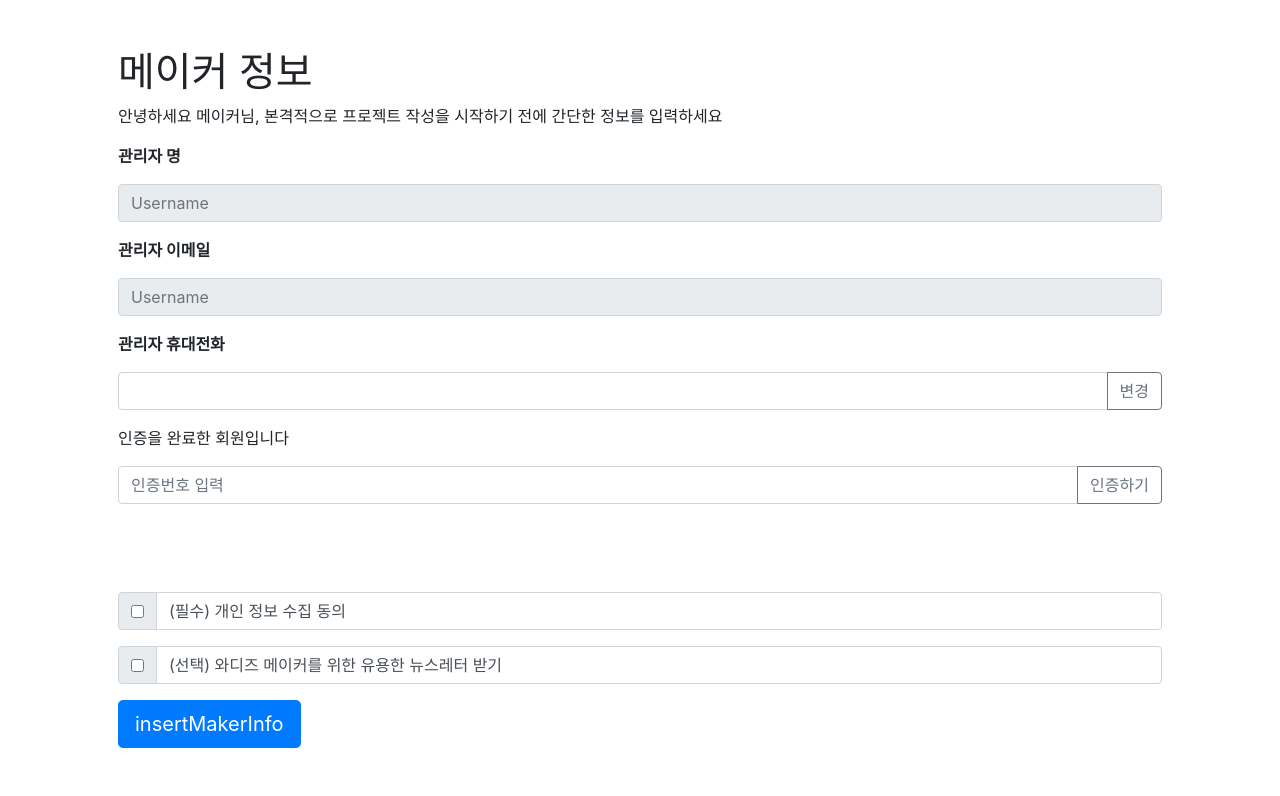
Repository: KIMJOOYEON97/springStudy
Page: http://localhost/interact_funding/WEB-INF/views/maker/fundingStart1.jsp
These files come from the project's save history. The page is drawn as it stood at one moment and after the next save; the edit follows.
The browser window is 1280 px wide. The pictures show the whole page.
The page is served by Tomcat 9. Nobody is signed in. The template is opened directly, without the code that normally fills it, so the values that code supplies are empty.

Above is the page before, as saved 2021-06-07 09:04:55.
Console error: ReferenceError: $ is not defined

After the next save:
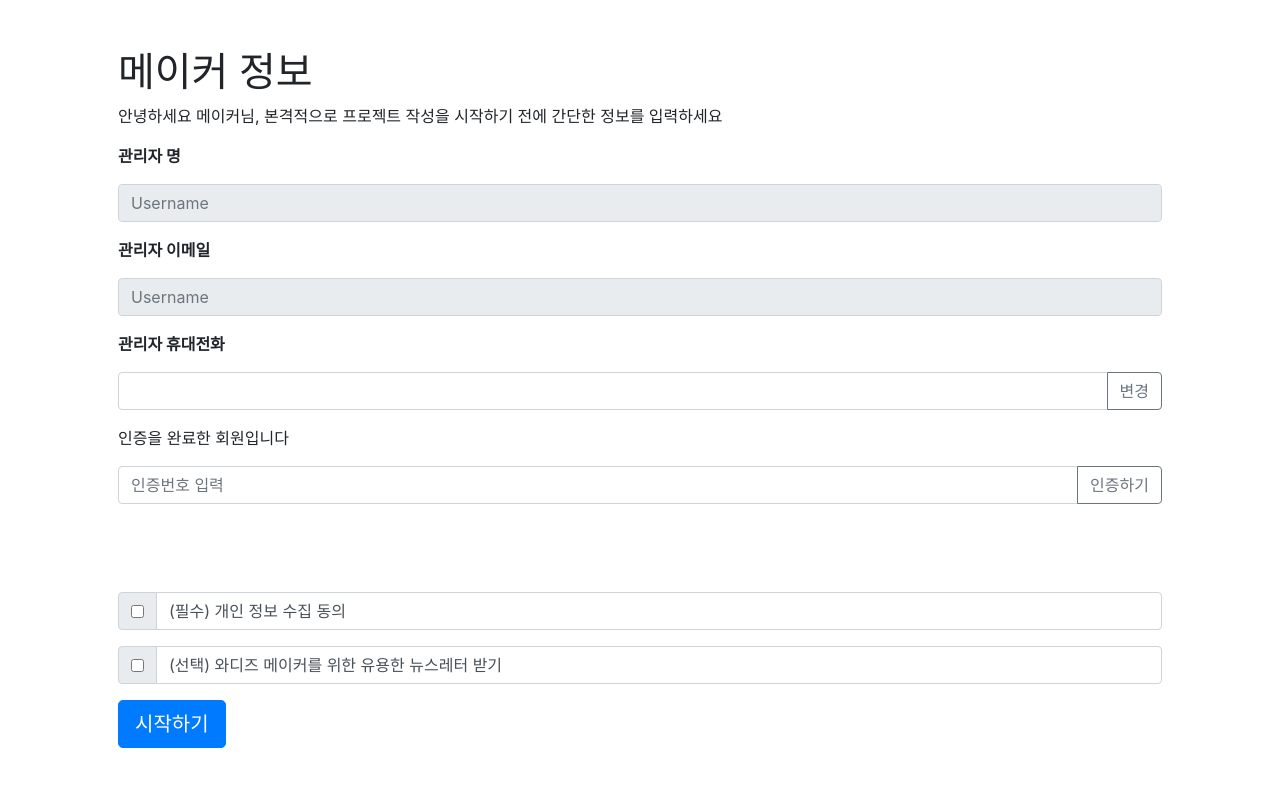
Saved 4 s later.
--- a/interact_funding/src/main/webapp/WEB-INF/views/maker/fundingStart1.jsp
+++ b/interact_funding/src/main/webapp/WEB-INF/views/maker/fundingStart1.jsp
@@ -70,7 +70,7 @@
                 </div>
                 <label type="text" class="form-control" aria-label="Text input with checkbox" >(선택) 와디즈 메이커를 위한 유용한 뉴스레터 받기
             </div>
-            <input type="submit" class="btn btn-primary btn-lg" value="insertMakerInfo"/>
+            <input type="submit" class="btn btn-primary btn-lg" value="시작하기"/>
         </div>
     </form>
     </section>
